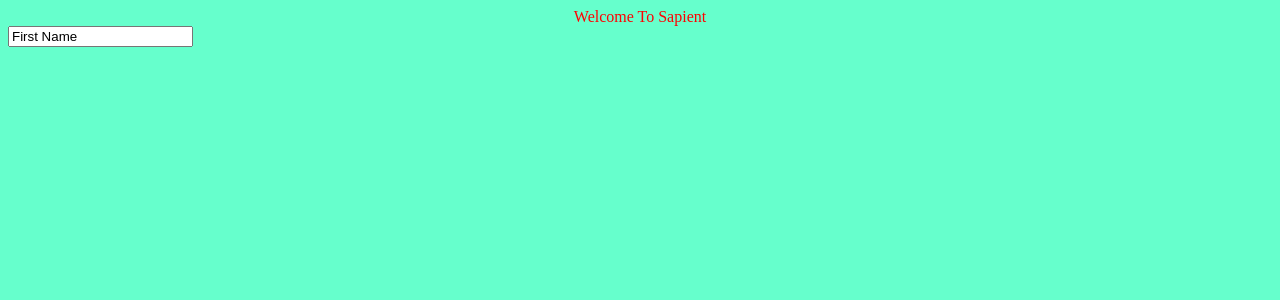
Repository: sauran/SapientTraining
Page: DemoProject/WebContent/Signup.html
These files come from the project's save history. The page is drawn as it stood at one moment and after the next save; the edit follows.
The browser window is 1280 px wide. The pictures show the whole page.

Above is the page before, as saved 2015-09-15 08:33:43.

### DemoProject/WebContent/Signup.html
<!DOCTYPE html>
<html>
<head>
<meta charset="ISO-8859-1">
<title>Sign Up</title>
</head>
<body style="background-color: #66FFCC">
<center style="color:red"> Welcome To Sapient</center>

<input type="text" value = "First Name">




</body>
</html>

After the next save:
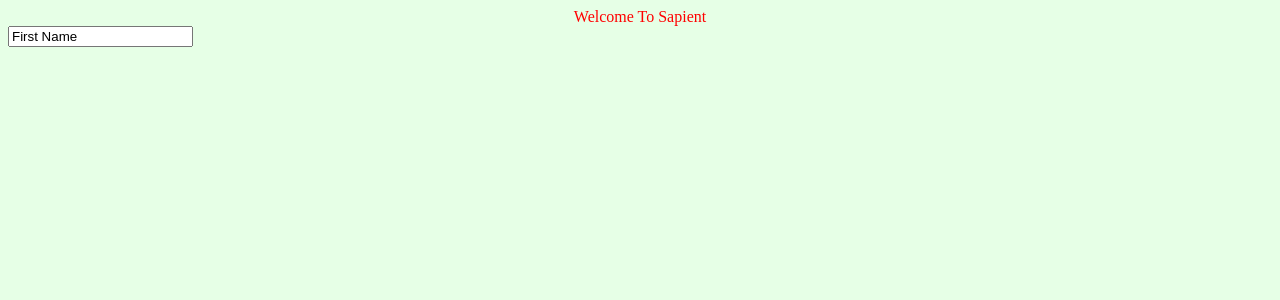
Saved 44 s later.
--- a/DemoProject/WebContent/Signup.html
+++ b/DemoProject/WebContent/Signup.html
@@ -4,7 +4,7 @@
 <meta charset="ISO-8859-1">
 <title>Sign Up</title>
 </head>
-<body style="background-color: #66FFCC">
+<body style="background-color: #E6FFE6">
 <center style="color:red"> Welcome To Sapient</center>
 
 <input type="text" value = "First Name">
